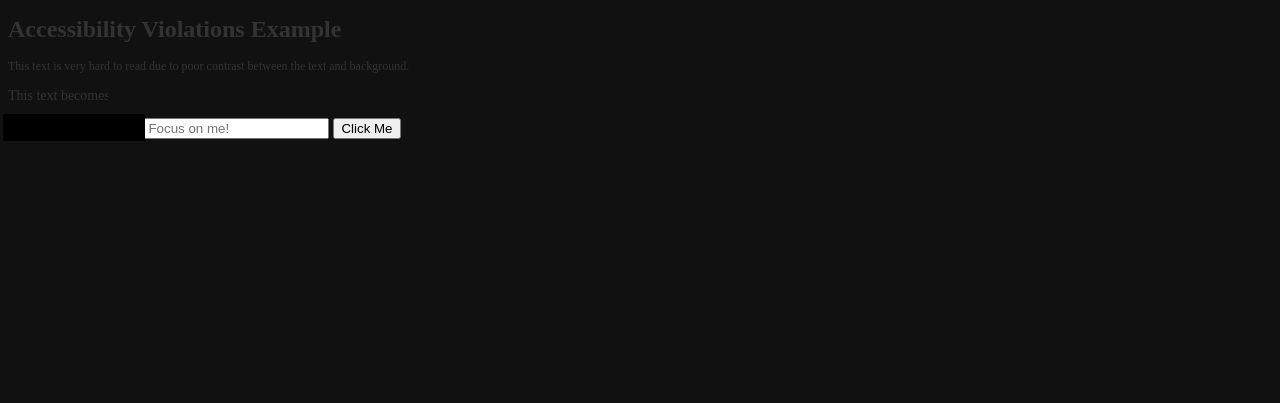
Repository: SumanReddy18/wcag_helper
Page: index_typec.html
An editor plug-in stored every save of this project. The page is shown before and after the next save, followed by the edit.
The browser window is 1280 px wide. The pictures show the whole page.

Above is the page before, as saved 2024-10-04 15:06:41.

After the next save:
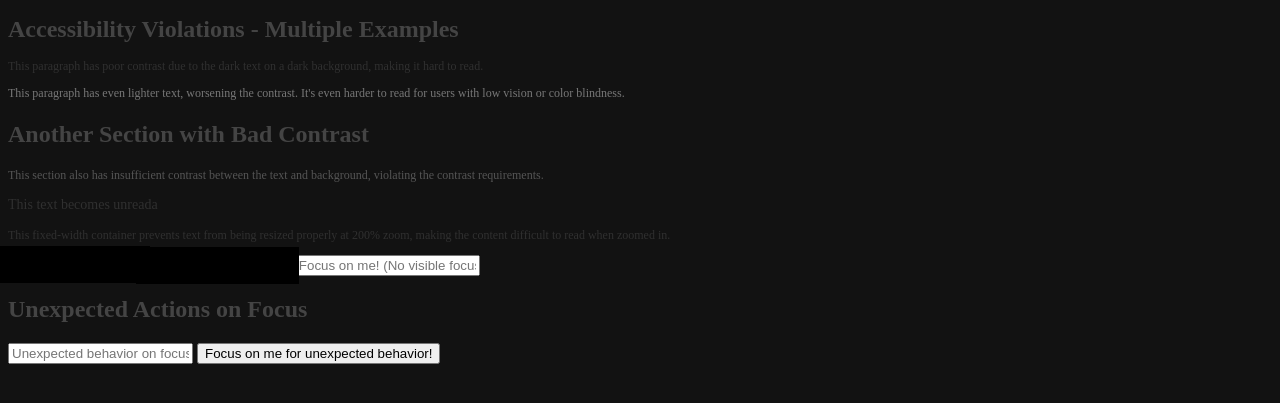
Saved 5 min 12 s later.
--- a/index_typec.html
+++ b/index_typec.html
@@ -4,18 +4,26 @@
 <head>
     <meta charset="UTF-8">
     <meta name="viewport" content="width=device-width, initial-scale=1.0">
-    <title>Accessibility Violations</title>
+    <title>Accessibility Violations Enhanced</title>
     <style>
         /* Violates Color Contrast (1.4.3) */
         body {
-            background-color: #111;
+            background-color: #121212;
             /* Dark background */
-            color: #333;
+            color: #303030;
             /* Text color too close to background */
         }
 
-        h1 {
+        h1,
+        h2 {
             font-size: 24px;
+            color: #444;
+            /* Slightly better but still low contrast */
+        }
+
+        .light-text {
+            color: #777;
+            /* Even worse contrast */
         }
 
         p {
@@ -24,34 +32,45 @@
 
         /* Violates Focus Visible (2.4.7) */
         a:focus,
-        button:focus {
+        button:focus,
+        input:focus {
             outline: none;
             /* Removes focus indicator */
         }
 
         /* Violates Focus Not Obscured (2.4.11) */
-        .button {
+        .button,
+        .link {
             position: relative;
         }
 
-        .button::after {
+        .button::after,
+        .link::after {
             content: '';
             position: absolute;
-            top: -5px;
-            left: -5px;
-            right: -5px;
-            bottom: -5px;
+            top: -10px;
+            left: -10px;
+            right: -10px;
+            bottom: -10px;
             background-color: black;
             /* Obscures focus outline */
             z-index: 10;
         }
 
         /* Violates Resize Text (1.4.4) */
-        .non-scalable-text {
+        .non-scalable-text,
+        .small-text {
             font-size: 14px;
             overflow: hidden;
             white-space: nowrap;
-            width: 100px;
+            width: 150px;
+        }
+
+        .fixed-layout {
+            width: 300px;
+            font-size: 12px;
+            line-height: 16px;
+            white-space: nowrap;
         }
 
         /* Violates On Focus (3.2.1) */
@@ -60,31 +79,54 @@
             /* Looks normal */
         }
 
-        input:focus::before {
-            content: 'Form has been submitted!';
+        input:focus::before,
+        .text-field:focus::before {
+            content: 'Submitting...';
             /* Unexpected page action */
             display: block;
             color: red;
+        }
+
+        /* Extra example of On Focus violation */
+        .text-field:focus {
+            background-color: lightblue;
+            /* Visual change on focus */
         }
     </style>
 </head>
 
 <body>
-    <h1>Accessibility Violations Example</h1>
+    <h1>Accessibility Violations - Multiple Examples</h1>
 
     <!-- Violates Color Contrast (1.4.3) -->
-    <p>This text is very hard to read due to poor contrast between the text and background.</p>
+    <p>This paragraph has poor contrast due to the dark text on a dark background, making it hard to read.</p>
+
+    <p class="light-text">This paragraph has even lighter text, worsening the contrast. It's even harder to read for
+        users with low vision or color blindness.</p>
+
+    <h2>Another Section with Bad Contrast</h2>
+    <p style="color: #555;">This section also has insufficient contrast between the text and background, violating the
+        contrast requirements.</p>
 
     <!-- Violates Resize Text (1.4.4) -->
-    <p class="non-scalable-text">This text becomes unreadable at 200% zoom because it doesn't scale properly.</p>
+    <p class="non-scalable-text">This text becomes unreadable at 200% zoom because it overflows its container.</p>
 
-    <!-- Violates Focus Visible (2.4.7) and Focus Not Obscured (2.4.11) -->
-    <a href="#" class="button">Invisible Focus Link</a>
+    <p class="fixed-layout">This fixed-width container prevents text from being resized properly at 200% zoom, making
+        the content difficult to read when zoomed in.</p>
+
+    <!-- Multiple Violations of Focus Visible (2.4.7) and Focus Not Obscured (2.4.11) -->
+    <a href="#" class="link">Invisible Focus Link</a>
+    <button class="button">Invisible Focus Button</button>
+
+    <input type="text" placeholder="Focus on me! (No visible focus)" class="text-field" />
 
     <!-- Violates On Focus (3.2.1) -->
-    <input type="text" placeholder="Focus on me!" />
+    <h2>Unexpected Actions on Focus</h2>
+    <input type="text" placeholder="Unexpected behavior on focus!" />
 
-    <button>Click Me</button>
+    <!-- Another On Focus violation -->
+    <button class="text-field">Focus on me for unexpected behavior!</button>
+
 </body>
 
 </html>
